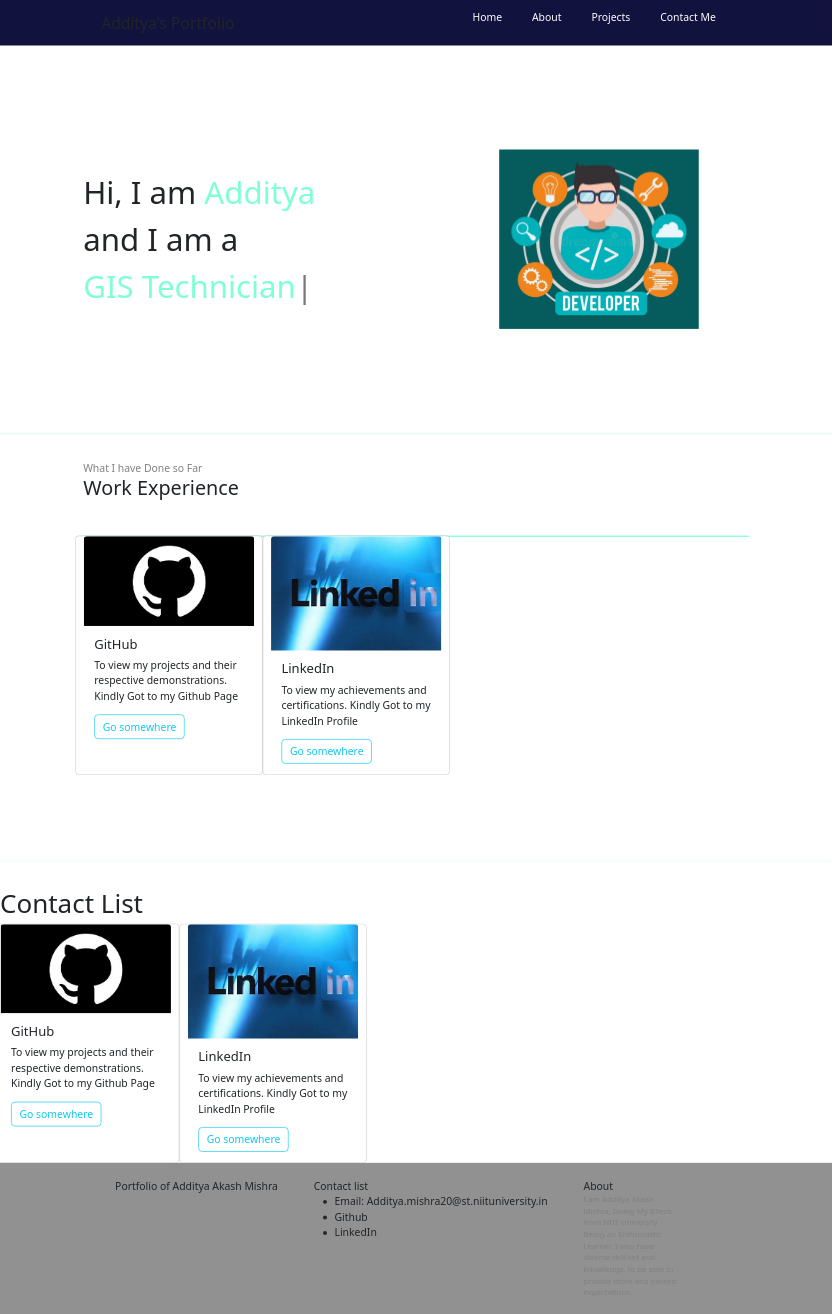
Repository: VictoriousMango/Portfolio
Page: index.html
An editor plug-in stored every save of this project. The page is shown before and after the next save, followed by the edit.
The browser window is 1280 px wide. The page is 1292 px wide, then 1280 px, so the pictures cover 1292 px, including what lies to the right of the window. The pictures show the whole page, at 65% of full size.

Above is the page before, as saved 2024-04-02 22:22:52.

### index.html
<!DOCTYPE html>
<html lang="en">

<head>
    <meta charset="UTF-8">
    <meta name="viewport" content="width=device-width, initial-scale=1.0">
    <title>Additya - Developer Portfolio</title>
    <style>
        * {
            margin: 0;
            padding: 0;
        }

        body {
            background-color: rgb(0, 0, 33);
            color: white;
            font-family: 'Poppins', sans-serif;
        }

        nav {
            display: flex;
            justify-content: space-around;
            align-items: center;
            height: 70px;
            width: auto;
            background-color: rgb(18, 18, 62);
        }

        nav ul {
            display: flex;
            justify-content: center;
        }

        nav ul li {
            list-style: none;
            margin: 0 23px;
        }

        nav ul li a {
            text-decoration: none;
            color: white;
        }

        nav ul li a:hover {
            color: rgb(153, 153, 226);
            font-size: 1.05rem;
        }

        main hr {
            border: 0;
            background: aquamarine;
            height: 1.2px;
            margin: 40px auto;
            opacity: 0.25;
        }

        text-gray {
            color: gray;
        }

        .left {
            font-size: 1.5rem;
        }

        .firstSection {
            display: flex;
            justify-content: space-around;
            align-items: center;
            margin: 110px 0;

        }

        .firstSection>div {
            width: 30%;
        }

        .secondSection {
            max-width: 80vw;
            margin: auto;
            height: 80vh;
        }

        .secondSection h1 {
            font-size: 1.9rem;
        }

        .secondSection .box {
            background: aquamarine;
            width: 80vw;
            height: 2px;
            margin: 56px 0;
            display: flex;
        }

        .secondSection .vertical {
            height: 93px;
            width: 1px;
            background-color: white;
            margin: 0 100px;
        }

        .vertical-title {
            position: relative;
            width: 23px;
            top: 71px;

        }

        .vertical-desc {
            position: relative;
            top: 86px;
            color: gray;
            width: 150px;
            font-size: 9px;
        }

        .image-top {
            width: 23px;
            position: relative;
            top: -32px;
            left: -9px;
        }

        .leftSection {
            font-size: 3rem;
        }

        /* .rightSection{
            background-color: red;
        } */
        .rightSection img {
            width: 80%;
            margin: 50px 0;
        }

        .purple {
            color: aquamarine;
        }

        .text-gray {
            color: grey;
        }
        footer{
            background-color: rgba(0, 0, 0, 0.432);
            height: 233px;
            opacity: 1;
        }
        .footer{
            display: flex;
            padding: 23px 122px;
            justify-content: space-evenly;
        }
        .footer > div {
            width: auto;
        }
        .about{
            position: relative;
            color: gray;
            width: 150px;
            font-size: 12px;
        }
        #element {
            color: aquamarine;
        }
    </style>
    <link href="https://cdn.jsdelivr.net/npm/bootstrap@5.3.2/dist/css/bootstrap.min.css" rel="stylesheet" integrity="sha384-T3c6CoIi6uLrA9TneNEoa7RxnatzjcDSCmG1MXxSR1GAsXEV/Dwwykc2MPK8M2HN" crossorigin="anonymous">
    <script src="https://cdn.jsdelivr.net/npm/@popperjs/core@2.11.8/dist/umd/popper.min.js" integrity="sha384-I7E8VVD/ismYTF4hNIPjVp/Zjvgyol6VFvRkX/vR+Vc4jQkC+hVqc2pM8ODewa9r" crossorigin="anonymous"></script>
    <script src="https://cdn.jsdelivr.net/npm/bootstrap@5.3.2/dist/js/bootstrap.min.js" integrity="sha384-BBtl+eGJRgqQAUMxJ7pMwbEyER4l1g+O15P+16Ep7Q9Q+zqX6gSbd85u4mG4QzX+" crossorigin="anonymous"></script>
</head>

<body>
    <header>
        <nav>
            <div class="left">Additya's Portfolio</div>
            <div class="right">
                <ul>
                    <li><a href="#home">Home</a></li>
                    <li><a href="#contact">About</a></li>
                    <li><a href="#projects">Projects</a></li>
                    <li><a href="#contact">Contact Me</a></li>
                </ul>
            </div>
        </nav>
    </header>

    <main>
        <section class="firstSection" id="home">
            <div class="leftSection">
                Hi, I am <span class="purple">Additya</span>
                <div>and I am a</div>
                <span id="element"></span>
            </div>
            <div class="rightSection"><img src="Web Dev.webp" alt=""></div>
        </section>
        <hr>
        <section class="secondSection" id="projects">
            <span class="text-gray">What I have Done so Far</span>
            <h1>Work Experience</h1>
            <!-- Project List -->
            <div class="box">
                <div class="row row-cols-1 row-cols-md-3 g-4">
                    <div class="card" style="width: 18rem;">
                        <img src="Github.jpeg" class="card-img-top" alt="...">
                        <div class="card-body">
                          <h5 class="card-title">GitHub</h5>
                          <p class="card-text">To view my projects and their respective demonstrations. Kindly Got to my Github Page</p>
                          <a target = "_blank" href="https://github.com/VictoriousMango" class="btn btn-outline-info">Go somewhere</a>
                        </div>
                    </div>

                    <div class="card mr-3" style="width: 18rem;">
                        <img src="LinkedIn.jpeg" class="card-img-top" alt="...">
                        <div class="card-body">
                          <h5 class="card-title">LinkedIn</h5>
                          <p class="card-text">To view my achievements and certifications. Kindly Got to my LinkedIn Profile</p>
                          <a target = "_blank" href="https://www.linkedin.com/in/additya-akash-mishra-0abba7185/" class="btn btn-outline-info">Go somewhere</a>
                        </div>
                    </div>
                    </div>
            </div>
        </section>
        <hr>
        <section class="thirdSection" id="projects">
            <!-- <span class="text-gray">What I have Done so Far</span> -->
            <h1>Contact List</h1>
            <!-- Contact List -->
            <div class="box">
                <div class="row row-cols-1 row-cols-md-3 g-4">
                    <div class="card" style="width: 18rem;">
                        <img src="Github.jpeg" class="card-img-top" alt="...">
                        <div class="card-body">
                          <h5 class="card-title">GitHub</h5>
                          <p class="card-text">To view my projects and their respective demonstrations. Kindly Got to my Github Page</p>
                          <a target = "_blank" href="https://github.com/VictoriousMango" class="btn btn-outline-info">Go somewhere</a>
                        </div>
                    </div>

                    <div class="card mr-3" style="width: 18rem;">
                        <img src="LinkedIn.jpeg" class="card-img-top" alt="...">
                        <div class="card-body">
                          <h5 class="card-title">LinkedIn</h5>
                          <p class="card-text">To view my achievements and certifications. Kindly Got to my LinkedIn Profile</p>
                          <a target = "_blank" href="https://www.linkedin.com/in/additya-akash-mishra-0abba7185/" class="btn btn-outline-info">Go somewhere</a>
                        </div>
                    </div>
                    </div>
            </div>
        </section>

    </main>

    <footer>
        <div class="footer">

            <div class="footer-first">
                Portfolio of Additya Akash Mishra

            </div>
            <div class="footer-second" id="contact">
                Contact list
                <ul>
                    <li>Email: Additya.mishra20@st.niituniversity.in</li>
                    <li>Github</li>
                    <li>LinkedIn</li>
                </ul>
            </div>
            <div class="footer-third">
                About
                <div class="about">
                    I am Additya Akash Mishra, Doing My BTech from NIIT University. Being an Enthusiastic Learner, I also have diverse skill set and knowledge, to be able to provide more and exceed expectations.
                </div>
            </div>
            <div class="footer-fourth"></div>
        </div>
    </footer>

    <script src="https://unpkg.com/typed.js@2.0.16/dist/typed.umd.js"></script>
    <script>
        var typed = new Typed('#element', {
            strings: ['Web Developer', 'GIS Technician', 'Spatial Data Scientist'],
            typeSpeed: 50,
            loop: true,
            backSpeed: 25,
            backDelay: 2000
        });
    </script>
</body>

</html>

After the next save:
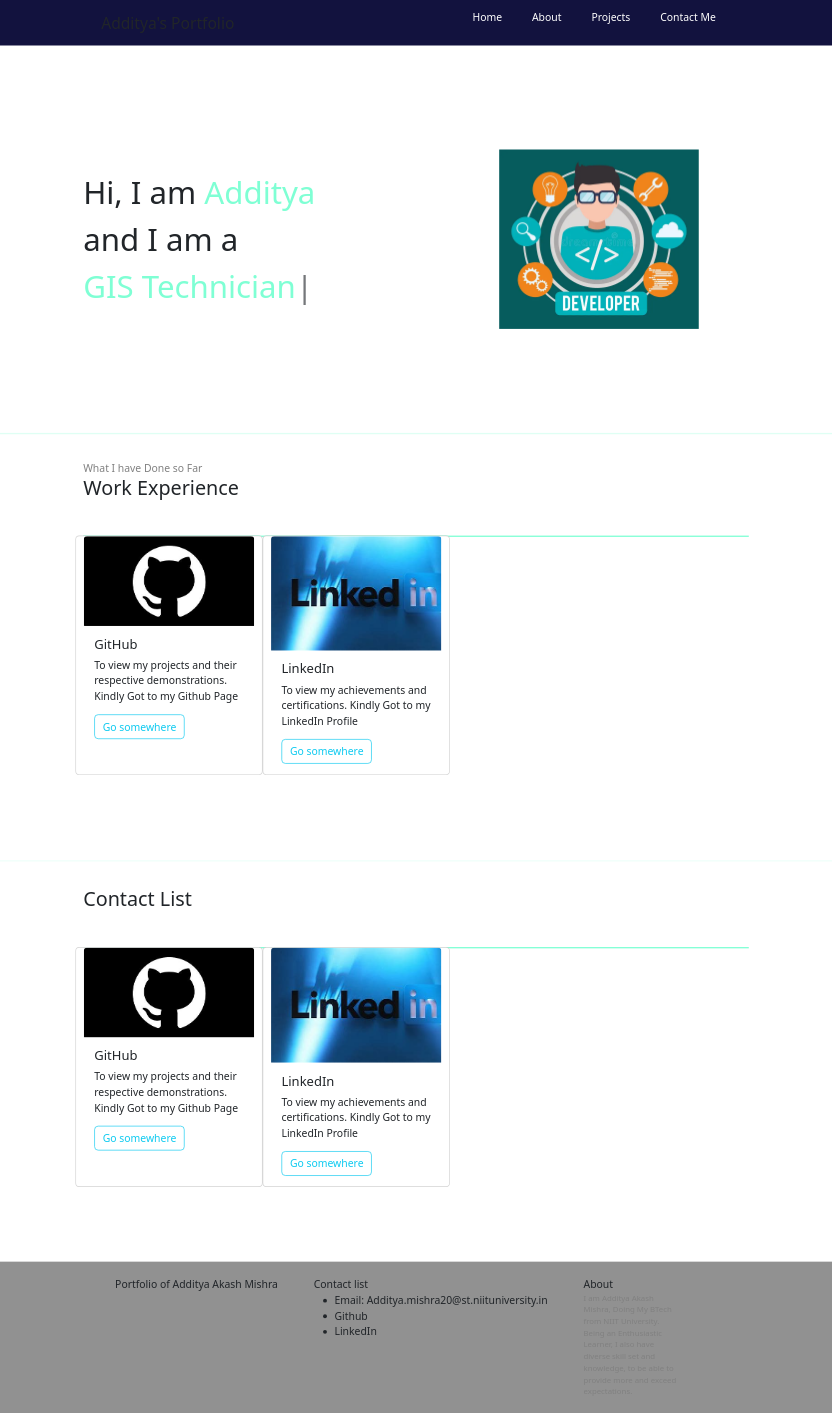
Saved 36 s later.
--- a/index.html
+++ b/index.html
@@ -220,7 +220,7 @@
             </div>
         </section>
         <hr>
-        <section class="thirdSection" id="projects">
+        <section class="secondSection" id="projects">
             <!-- <span class="text-gray">What I have Done so Far</span> -->
             <h1>Contact List</h1>
             <!-- Contact List -->
